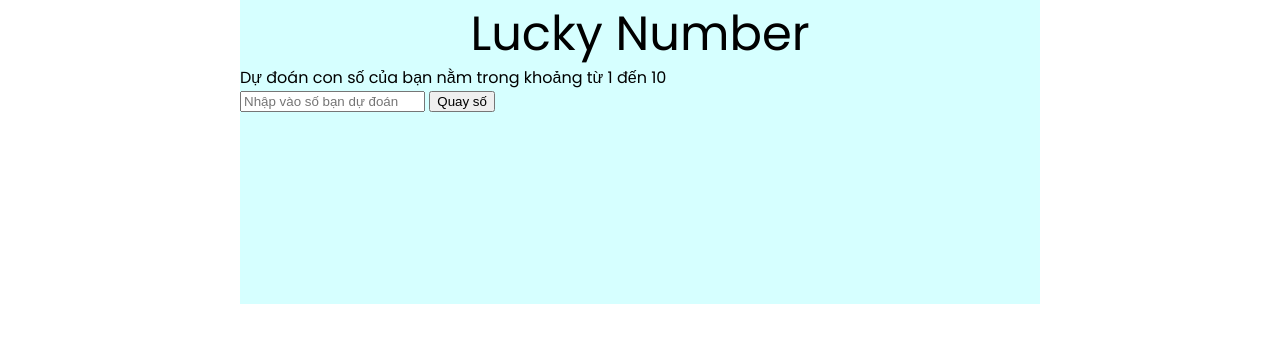
Repository: whis16720/PhuNguyen-C4EJS-D15
Page: index.html
These files come from the project's save history. The page is drawn as it stood at one moment and after the next save; the edit follows.
The browser window is 1280 px wide. The pictures show the whole page.
The style sheet was rebuilt from its Sass, Less or Tailwind sources for each picture, by a compiler version that may differ from the author's.

Above is the page before, as saved 2020-09-22 19:34:44.

After the next save:
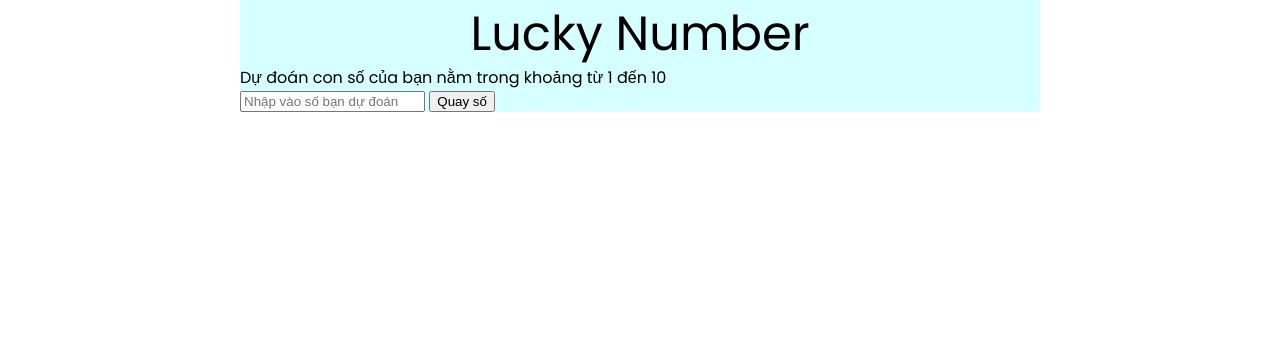
Saved 13 s later.
--- a/style.scss
+++ b/style.scss
@@ -5,7 +5,6 @@
 	font-family: "Poppins", sans-serif;
 	line-height: 1.4;
 	width: 50rem;
-	height: 19rem;
 	margin: auto;
 	background-color: #d6ffff;
 	&__name {
